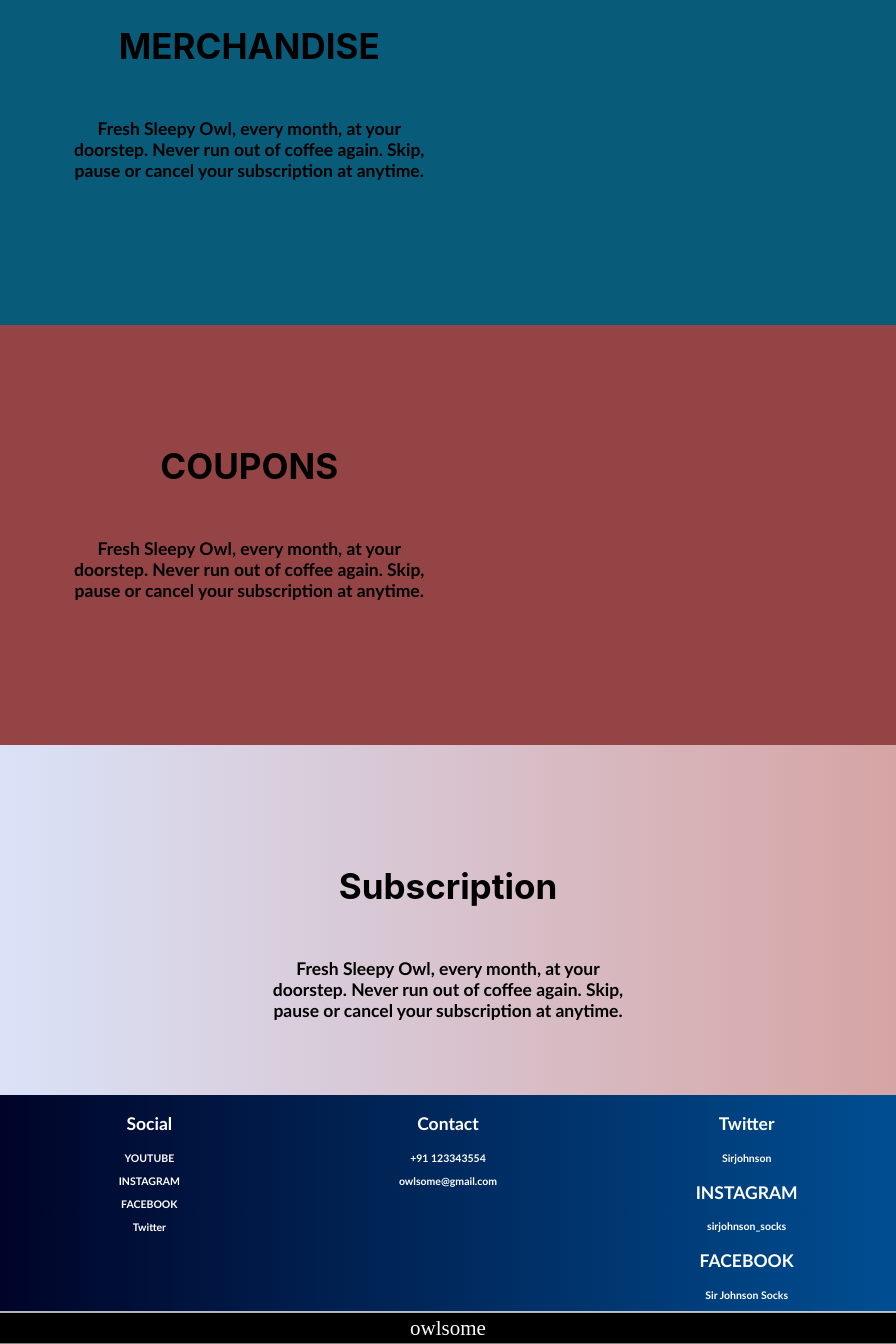
Repository: tusharpasricha/owlsomecoffee
Page: /
The author's editor kept a copy of each file at every save. The page is drawn from the files as they stood at one save, then again after the next save.
The browser window is 1280 px wide. The pictures show the part of the page from y = 3345 to 5265 px (the page is 5265 px tall before and 5168 px after), at 70% of full size.
Some web fonts or font styles are not loaded; a fallback is used. The project was rebuilt for these pictures with package versions that can differ from the ones it lists, and the page was loaded fresh each time.

Above is the page before, as saved 2021-09-27 20:23:54.

### src/App.js

//import './App.css';
import Navbar from './components/navbar';
import Bar from './components/bar';
import Subs from './components/subscription';
import Review from './components/review';
import Coupons from './components/coupons';
import Order from './components/order';
import Merchandise from './components/merchandise';
import Giftboxes from './components/giftboxes';
import Location from './components/location';
import Deal from './components/deal';
import Beforefootor from './components/beforefootor';
import Footor from './components/footor';
import Blank from './components/blank';










function App() {
  return (
    <div className="App">
     <Navbar></Navbar>
     <Blank></Blank>
     <Bar></Bar>
     <Review></Review>
     <Order></Order>
     <Location></Location>
     <Deal></Deal>
     <Giftboxes></Giftboxes>
     <Merchandise></Merchandise>
     <Coupons></Coupons>
     <Subs></Subs>
     <Beforefootor></Beforefootor>
    <Footor></Footor>
    </div>
  );
}

export default App;

### src/components/navbar.js
import React from 'react'
import './navbar.css'
import {animateScroll as scroll} from 'react-scroll';
const Navbar = () => {
    return (
      <header className="mobileNav">
    <div className="nav">
<ul className="options">
  <li onClick={(()=> scroll.scrollToTop())}>
  Top</li>
  <li><a href="default.asp">Shop</a></li>
  <li><a href="news.asp">News</a></li>
  <li><a href="contact.asp">Contact</a></li>
  <li><a href="about.asp">Reviews</a></li>
</ul>
    </div>
    </header>
    )
}

export default Navbar

### src/components/bar.js
import React from 'react';
import {Link} from 'react-scroll';
import './bar.css';
import order from './order.jpg';
import deal from './deal.jpg';
import location from './location.jpg';
import coupon from './coupon.jpg';
import gift from './gift.jpg';
import review from './review.jpg';
import subscription from './subscription.png';
import logo from './logo.jfif';

const Bar = () => {
    return (
        <div className="bar">
<ul>
  <li> <img src={order}></img> <Link to="order" smooth={true} duration={1000}>ORDER</Link></li>
  <li><img src={deal}></img> <Link to="deal" smooth={true} duration={1000}>DEAL</Link></li>
  <li><img src={location}></img> <Link to="location" smooth={true} duration={1000}>LOCATION</Link></li>
  <li><img src={gift}></img> <Link to="giftboxes" smooth={true} duration={1000}>GIFT BOXES</Link></li>
  <li><img src={coupon}></img> <Link to="coupons" smooth={true} duration={1000}>COUPONS</Link></li>
  <li><img src={logo}></img> <Link to="merchandise" smooth={true} duration={1000}>MERCHANDISE</Link></li>
  <li><img src={review}></img> <Link to="reviews" smooth={true} duration={1000}>REVIEWS</Link></li>
  <li><img src={subscription}></img> <Link to="subs" smooth={true} duration={1000}>SUBSCRIPTION</Link></li>

</ul>
        </div>
    )
}

export default Bar

### src/components/subscription.js
import React from 'react'
import './subscription.css';

const Subs = () => {
    return (

        <div className="subs" id="subs">
        <section>
        <h1>Subscription</h1>
        <p>Fresh Sleepy Owl, every month, at your doorstep. Never run out of coffee again. Skip, pause or cancel your subscription at anytime.</p>
        </section>

        </div>

    )
}

export default Subs

### src/components/review.js
import React from 'react';
import './review.css';

const Review = () => {
    return (
        <div className="reviews" to="reviews">
             <section>
        <h1>REVIEWS</h1>
        <p>Fresh Sleepy Owl, every month, at your doorstep. Never run out of coffee again. Skip, pause or cancel your subscription at anytime.</p>
        </section>
        </div>
    )
}

export default Review

### src/components/coupons.js
import React from 'react';
import './coupons.css';

const Coupons = () => {
    return (
        <div className="coupons" to="coupons">
             <section>
        <h1>COUPONS</h1>
        <p>Fresh Sleepy Owl, every month, at your doorstep. Never run out of coffee again. Skip, pause or cancel your subscription at anytime.</p>
        </section>
        </div>
    )
}

export default Coupons

### src/components/order.js
import React from 'react';
import './order.css';

const Order = () => {
    return (
        <div className="order" to="order" >
             <section>
        <h1>ORDER</h1>
        <p>Fresh Sleepy Owl, every month, at your doorstep. Never run out of coffee again. Skip, pause or cancel your subscription at anytime.</p>
        </section>
        </div>
    )
}

export default Order

### src/components/merchandise.js
import React from 'react';
import './merchandise.css';

const Merchandise = () => {
    return (
        <div className="merchandise" to="merchandise">
            <section>
        <h1>MERCHANDISE</h1>
        <p>Fresh Sleepy Owl, every month, at your doorstep. Never run out of coffee again. Skip, pause or cancel your subscription at anytime.</p>
        </section>
        </div>
    )
}

export default Merchandise

### src/components/giftboxes.js
import React from 'react';
import './giftboxes.css';

const Giftboxes = () => {
    return (
        <div className="giftboxes" to="giftboxes">
             <section>
        <h1>GIFTBOXES</h1>
        <p>Fresh Sleepy Owl, every month, at your doorstep. Never run out of coffee again. Skip, pause or cancel your subscription at anytime.</p>
        </section>
        </div>
    )
}

export default Giftboxes

### src/components/location.js
import React from 'react';
import './location.css';

const Location = () => {
    return (
        <div className="location" to="location">
             <section>
        <h1>LOCATION</h1>
        <p>Fresh Sleepy Owl, every month, at your doorstep. Never run out of coffee again. Skip, pause or cancel your subscription at anytime.</p>
        </section>
        </div>
    )
}

export default Location

### src/components/deal.js
import React from 'react';
import './deal.css';

const Deal = () => {
    return (
        <div className="deal" to="deal">
             <section>
        <h1>DEAL</h1>
        <p>Fresh Sleepy Owl, every month, at your doorstep. Never run out of coffee again. Skip, pause or cancel your subscription at anytime.</p>
        </section>
        </div>
    )
}

export default Deal

### src/components/beforefootor.js
import React from 'react'
import './beforefootor.css'

const Beforefootor = () => {

    return (
        <div className="beforefootor">
            <section className="info">
                <div className="infopart">
                <p className="tag">Social</p>
                <p className="value">YOUTUBE</p>
                <p className="value">INSTAGRAM</p>
                <p className="value">FACEBOOK</p>
                <p className="value">Twitter</p>
                </div>
            </section>
            <section className="info">
            <div className="infopart">
                <p className="tag">Contact</p>
                <p className="value">+91 123343554</p>
                <p className="value">owlsome@gmail.com</p>
                </div>
            </section>
            <section className="info">
                <div className="infopart">
                <p className="tag">Twitter</p>
                <p className="value">Sirjohnson</p>
                </div>
                <div className="infopart">
                <p className="tag">INSTAGRAM</p>
                <p className="value">sirjohnson_socks</p>
                </div>
                <div className="infopart">
                <p className="tag">FACEBOOK</p>
                <p className="value">Sir Johnson Socks</p>
                </div>
            </section>


        </div>
    )
}

export default Beforefootor

### src/components/footor.js
import React from 'react'
import './footor.css'

const Footor = () => {
    return (
        <div className="footor">
                owlsome
        </div>
    )
}

export default Footor

### src/components/blank.js
import React from 'react';
import './blank.css';

const Blank = () => {
    return (
        <div className="blank" to="blank">

        </div>
    )
}

export default Blank

### src/components/navbar.css


.nav{
    position: fixed;
    background-color: rgb(255, 255, 255);
    display: flex;
    justify-content: center;
    height: 60px;
    width: 100%;
    align-items: center;

}
ul{

     display: flex;
     list-style-type: none;
     justify-content: center;
     padding: 2px;
 }
 li{
     padding-right: 40px;
     padding-left: 40px;
 }
 a{
     text-decoration: none;
     color: black;
 }

### src/components/bar.css

.bar{
    background-color: rgba(209, 94, 94, 0.74);
    display: flex;
    justify-content: center;
    height: 150px;
    width: 100%;
    align-items: center;
    background-image: linear-gradient(to right,#ddd6f3,#faaca8);
}
ul{
     display: flex;
     list-style-type: none;
     justify-content: center;
     padding: 2px;
 }
 li{
     display: flex;
     flex-direction: column;
     padding-right: 30px;
     padding-left: 30px;
     text-align: center;

 }
 a{
     text-decoration: none;
     color: black;
 }
img{

    height: 80px;
    width: 80px;
    border-radius: 30px;
}

### src/components/subscription.css
.subs{
    display: flex;
    justify-content: center;
    background-color: rgb(252, 188, 200);
    height: 500px;
    background-image: linear-gradient(to right,#dae2f8,#d6a4a4);
}
section{

    flex-direction: column;
    padding: 100px;
    width: 40%;

}
h1{
    font-size: 50px;
    text-align: center;
    font-weight: bolder;
    padding: 30px;
}
p{
    font-family: 'Trebuchet MS', 'Lucida Sans Unicode', 'Lucida Grande', 'Lucida Sans', Arial, sans-serif;
    text-align: center;
    font-weight: bold;
    font-size: 25px;
}

### src/components/review.css
.reviews{

    background-color:rgb(0, 0, 0);
    color: white;
    height: 600px;
}

### src/components/coupons.css
.coupons{
    background-color:rgb(148, 68, 68);
    height: 600px;
}

### src/components/order.css
.order{
    background-color:rgb(45, 173, 131);
    height: 600px;
}

### src/components/merchandise.css
.merchandise{
    background-color:rgb(8, 92, 121);
    height: 600px;
}

### src/components/giftboxes.css
.giftboxes{
    background-color:rgb(121, 8, 8);
    height: 600px;
}

### src/components/location.css
.location{
    background-color:rgb(121, 8, 93);
    height: 600px;
}

### src/components/deal.css
.deal{
    background-color:rgb(8, 19, 121);
    height: 600px;
}

### src/components/beforefootor.css
/* @import url('https://fonts.googleapis.com/css2?family=Style+Script&display=swap'); */

.beforefootor{
    background-image: linear-gradient(to right, #000428,#004e92);

    display: flex;
}

.info{
    color: rgba(255, 255, 255, 0.849);
    width: 33.333%;
    text-align: center;
    padding: 0%;

}

.tag{
    color:white;
    font-family: 'Trebuchet MS', 'Lucida Sans Unicode', 'Lucida Grande', 'Lucida Sans', Arial, sans-serif;
}
.value{
 color: white;
 font-family: 'Trebuchet MS', 'Lucida Sans Unicode', 'Lucida Grande', 'Lucida Sans', Arial, sans-serif;
 font-size: 15px;
}

### src/components/footor.css
@import url('https://fonts.googleapis.com/css2?family=Style+Script&display=swap');

.footor{
    padding: 5px;
    margin-top: 2px;
    text-align: center;
    color: white;
    background-color: black;
    font-Family: 'Style Script';
  font-size: 30px;
  }

### src/components/blank.css
.blank{
    background-color:rgb(207, 162, 162);
    height: 60px;
}

Loaded but not shown: public/index.html (common file); src/index.js (common file); src/index.css (common file)

After the next save:
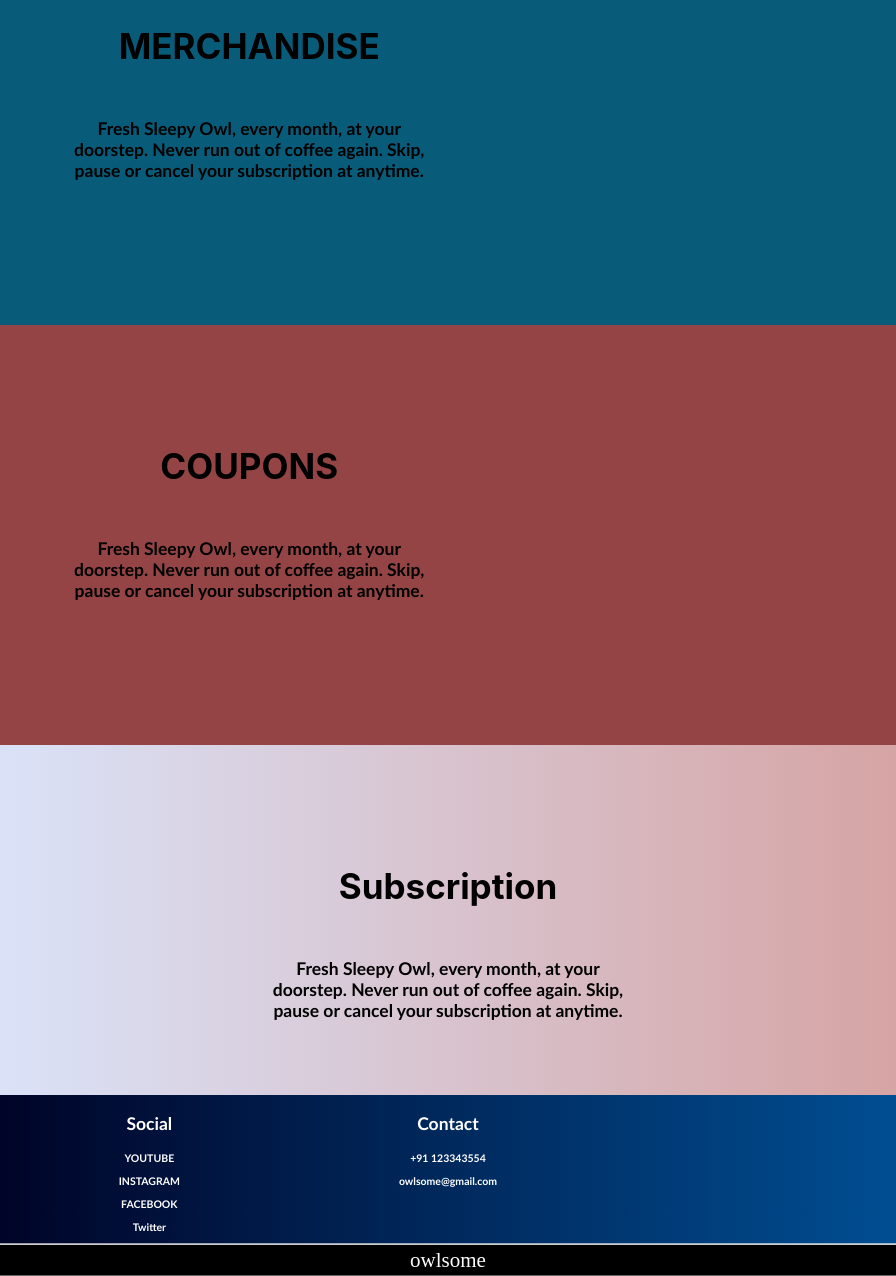
Saved 10 s later.
--- a/src/components/beforefootor.js
+++ b/src/components/beforefootor.js
@@ -21,7 +21,7 @@ const Beforefootor = () => {
                 <p className="value">owlsome@gmail.com</p>
                 </div>
             </section>
-            <section className="info">
+            {/* <section className="info">
                 <div className="infopart">
                 <p className="tag">Twitter</p>
                 <p className="value">Sirjohnson</p>
@@ -34,7 +34,7 @@ const Beforefootor = () => {
                 <p className="tag">FACEBOOK</p>
                 <p className="value">Sir Johnson Socks</p>
                 </div>
-            </section>
+            </section> */}
 
 
         </div>
